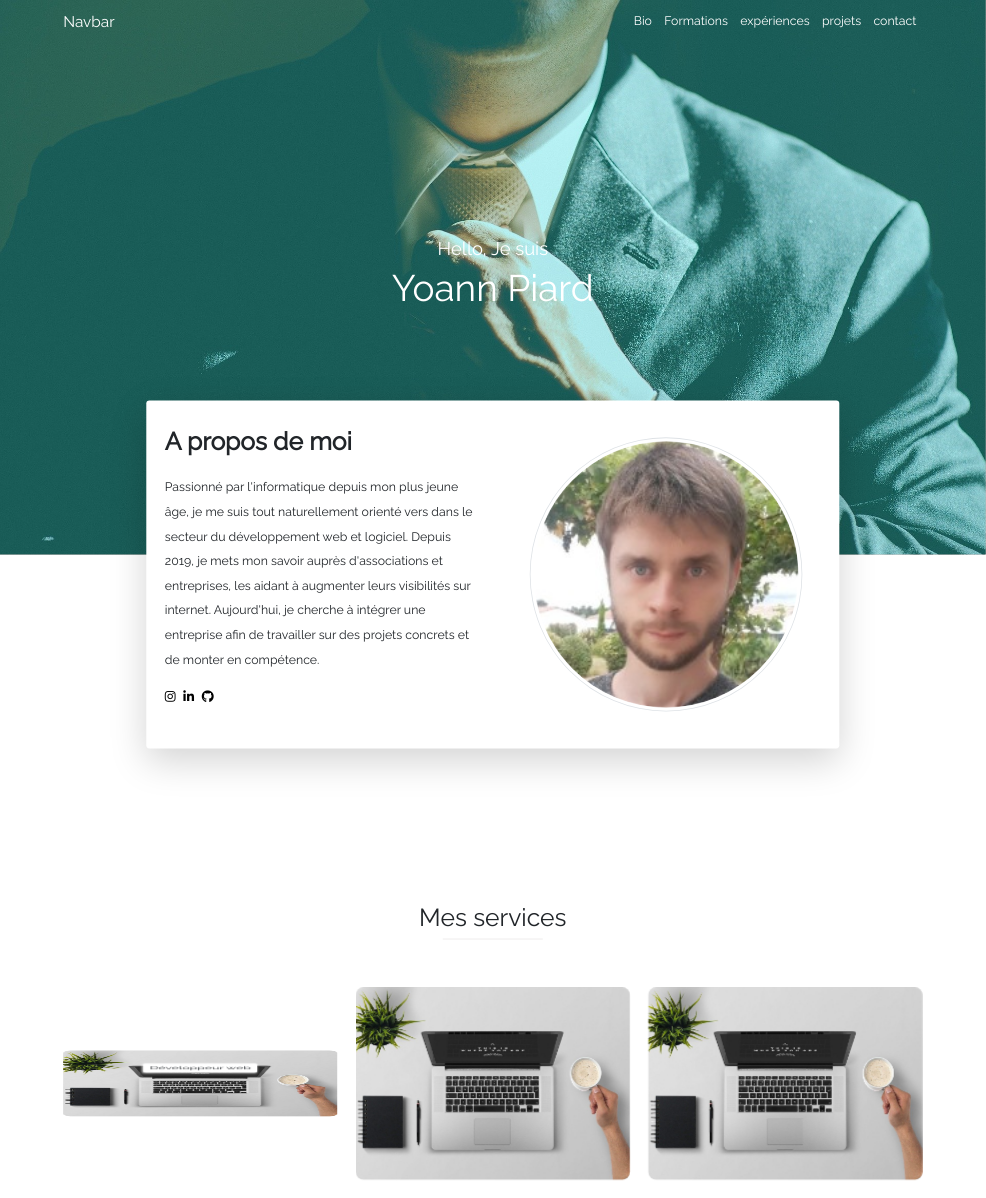
Repository: ypiard85/port-folio-bootstrap-yoann-2021
Page: index.html
An editor plug-in stored every save of this project. The page is shown before and after the next save, followed by the edit.
The browser window is 1280 px wide. The pictures show the whole page, at 77% of full size.
The pointer rests on the first visible `.service_card`.

Above is the page before, as saved 2021-03-09 16:05:47.
Console error: TypeError: window.onload is not a function

### index.html
<!DOCTYPE html>
<html lang="en">
  <head>
    <meta charset="UTF-8" />
    <meta http-equiv="X-UA-Compatible" content="IE=edge" />
    <meta name="viewport" content="width=device-width, initial-scale=1.0" />
    <link rel="stylesheet" href="https://use.fontawesome.com/releases/v5.15.2/css/all.css" integrity="sha384-vSIIfh2YWi9wW0r9iZe7RJPrKwp6bG+s9QZMoITbCckVJqGCCRhc+ccxNcdpHuYu" crossorigin="anonymous">    <!-- CSS only -->
    <link rel="stylesheet" href="./resource/style.css" />
    <link
      href="https://cdn.jsdelivr.net/npm/bootstrap@5.0.0-beta2/dist/css/bootstrap.min.css"
      rel="stylesheet"
      integrity="sha384-BmbxuPwQa2lc/FVzBcNJ7UAyJxM6wuqIj61tLrc4wSX0szH/Ev+nYRRuWlolflfl"
      crossorigin="anonymous"
    />
    <title>Document</title>
  </head>
  <body>
    <nav class="navbar position-fixed w-100 navbar-expand-lg navbar-light">
      <div class="container">
        <a class="navbar-brand" href="#">Navbar</a>
        <button
          class="navbar-toggler"
          type="button"
          data-bs-toggle="collapse"
          data-bs-target="#navbarNav"
          aria-controls="navbarNav"
          aria-expanded="false"
          aria-label="Toggle navigation"
        >
          <span class="navbar-toggler-icon"></span>
        </button>
        <div class="collapse navbar-collapse" id="navbarNav">
          <ul class="navbar-nav">
            <li class="nav-item">
              <a class="nav-link active" aria-current="page" href="#bio">Bio</a>
            </li>
            <li class="nav-item">
              <a class="nav-link" href="#formation">Formations</a>
            </li>
            <li class="nav-item">
              <a class="nav-link" href="#experience">expériences</a>
            </li>
            <li class="nav-item">
              <a class="nav-link" href="#projet">projets</a>
            </li>
            <li class="nav-item">
              <a class="nav-link" href="#contact">contact</a>
            </li>
          </ul>
        </div>
      </div>
    </nav>

    <header
      class="container-fluid flex-column
          d-flex align-items-center justify-content-center"
    >
      <h4>Hello, Je suis</h4>
      <h1>Yoann Piard</h1>
    </header>

    <section class="about_me in container">
      <div class="about_card rounded shadow-lg">
        <div class="container">
          <div class="row">
            <div class="col-md-6  col-sm-12 p-3 p-sm-4 align-self-center">
              <h2 class="mb-4" >A propos de moi</h2>
              <p>
                Passionné par l'informatique depuis mon plus jeune âge, je me
                suis tout naturellement orienté vers dans le secteur du
                développement web et logiciel. Depuis 2019, je mets mon savoir
                auprès d'associations et entreprises, les aidant à augmenter
                leurs visibilités sur internet. Aujourd'hui, je cherche à
                intégrer une entreprise afin de travailler sur des projets
                concrets et de monter en compétence.
              </p>
              <ul class="d-flex">
                  <li><a href=""><i class="fab fa-instagram"></i></a></li>
                  <li><a href=""><i class="fab fa-linkedin-in"></i></a></li>
                  <li><a href=""><i class="fab fa-github"></i></a></li>
              </ul>
            </div>
            <div class="col-md-6 col-sm-12 p-3 p-sm-5 d-none d-md-block">
              <img class="img-fluid img-thumbnail" src="./resource/image/yoann_piard.png" alt="" />
            </div>
          </div>
        </div>
      </div>
    </section>

    <section class="my_work">
        <div class="container">
            <h2 class="ttile_section text-center mb-5">Mes services</h2>
            <div class="row pt-4 pb-4">
                <div class="col-md-4">
                    <div class="service_card" style="background-image: url('./resource/services/laptop-1209008_1280.jpg')">
                        <div class="service_btn"><p class="rounded">Développeur web</p></div>
                        <div class="service_hover rounded"></div>
                    </div>
                </div>
                <div class="col-md-4">
                    <div class="service_card" style="background-image: url('./resource/services/laptop-1209008_1280.jpg')"></div>

                </div>
                <div class="col-md-4">
                    <div class="service_card" style="background-image: url('./resource/services/laptop-1209008_1280.jpg')"></div>

                </div>
            </div>
        </div>
    </section>

    <!-- JavaScript Bundle with Popper -->
    <script
      src="https://cdn.jsdelivr.net/npm/bootstrap@5.0.0-beta2/dist/js/bootstrap.bundle.min.js"
      integrity="sha384-b5kHyXgcpbZJO/tY9Ul7kGkf1S0CWuKcCD38l8YkeH8z8QjE0GmW1gYU5S9FOnJ0"
      crossorigin="anonymous"
    ></script>
    <script src="https://unpkg.com/scrollreveal"></script>
    <script src="./resource/scrollreveal.js"></script>
    <script src="./resource/app.js"></script>
    <script>window.onload(scrollEffect()) </script>
  </body>
</html>

### resource/style.css
@import url('https://fonts.googleapis.com/css2?family=Raleway&display=swap');

*{
    transition: 0.3s;
}

body{
    font-family: 'Raleway', sans-serif!important;
}


.navbar-collapse{
    flex-grow: 0!important;
}

nav a{
    color: white!important;
}

header{
    height: 100vh;
    background: gray;
    background-image: linear-gradient(90deg, rgba(0,231,249,0.2780462526807598) 100%, rgba(0,4,24,0.4405112386751575) 74%), url('./image/about-section.jpg');
    background-repeat: no-repeat;
    background-size: cover;
    background-position: top center;
    color: white;
}

header h1{
    font-weight: normal;
    font-size: 3em;
}

.about_card{
    margin: auto;
    width: 900px;
    max-width: 100%;
    background-color: white;
}

.about_card a{
    font-family: Arial!important;
}

.about_me h2{
    font-weight: bold;
}

.about_card img{
    width: 100%;
    border-radius: 50%;
}

.about_card ul{
    list-style: none;
    padding: 0;
}

.about_card i{
    font-size: 1em;
    color: black;
}

.about_card{
    line-height: 2em;
}

.about_card li{
    margin-right: 10px;
}

.in{
    transform: translateY(-200px);
}

.ttile_section{
    position: relative;
}

.ttile_section::after{
    content: '';
    position: absolute;
    width: 130px;
    height: 1px;
    background-color: rgb(233, 231, 231);
    bottom: -10px;
    left:0;
    right: 0;
    margin: auto;
}

.service_card{
    height: 250px;
    background-position: center;
    background-size: cover;
    border-radius: 10px;
    position: relative;
    transition: 1s!important;
}

.service_btn{
    display: flex;
    justify-content: center;
    height: 100%;
    align-items: center;
}

.service_btn p{
    background-color: white;
    padding: 5px 8px;
    box-shadow: -1px 2px 5px 1px rgba(255, 255, 255, 0.7),
    -1px 2px 20px rgba(255, 255, 255, 0.6) inset;
}

.service_hover{
    position: absolute;
    top:0;
    bottom:0;
    left:0;
    right:0;
    background-color: orange;
    display: none;
}

.service_card:hover{
    animation: service_card forwards 1s;
    perspective: 600px;
perspective-origin: 50px 100px;
}

.service_card:hover .service_btn{
    animation: service_btn 1s forwards;
}

.service_card:hover .service_hover{

}

@keyframes service_btn{
    from{
        transform:  translateY(0px);

    }
    to{
        transform: translateY(-50px);

    }
}

@keyframes service_card{
    from{
        transform: rotateX(0deg);
    }
    to{
        transform: rotatex(70deg);
    }
}

### resource/scrollreveal.js
function scrollEffect(){


    ScrollReveal().reveal('.about_me', {
        delay: 150,
        duration: 1000,
        reset: true,
        origin: 'bottom',
        distance: '30%'
    });

}

### resource/app.js
ScrollReveal().reveal('.about_me', {
    delay: 250,
    duration: 1000,
    reset: true,
    origin: 'bottom',
    distance: '20%'
});

After the next save:
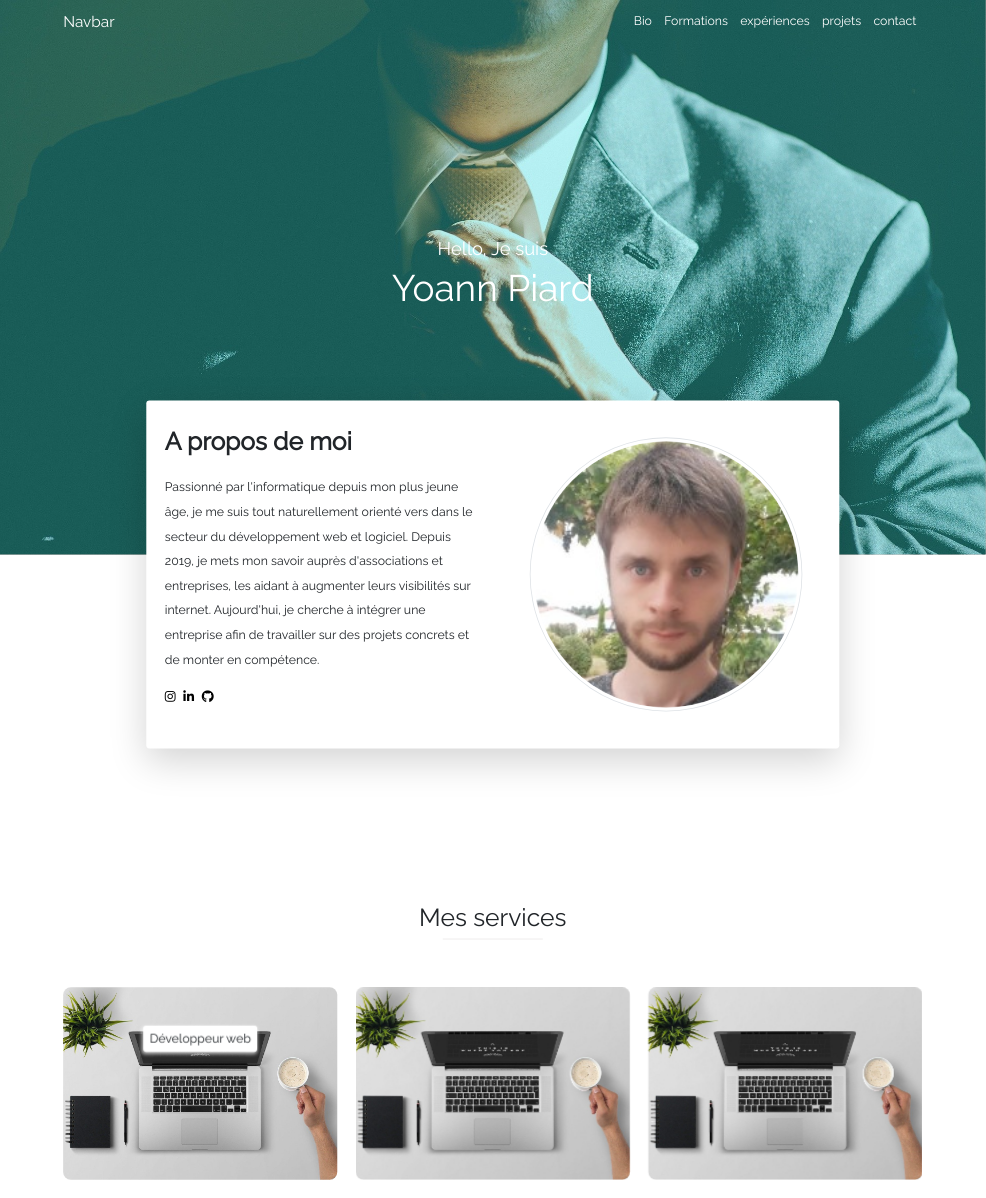
Saved 10 s later.
--- a/resource/style.css
+++ b/resource/style.css
@@ -124,7 +124,7 @@ header h1{
 }
 
 .service_card:hover{
-    animation: service_card forwards 1s;
+    /*animation: service_card forwards 1s;*/
     perspective: 600px;
 perspective-origin: 50px 100px;
 }
